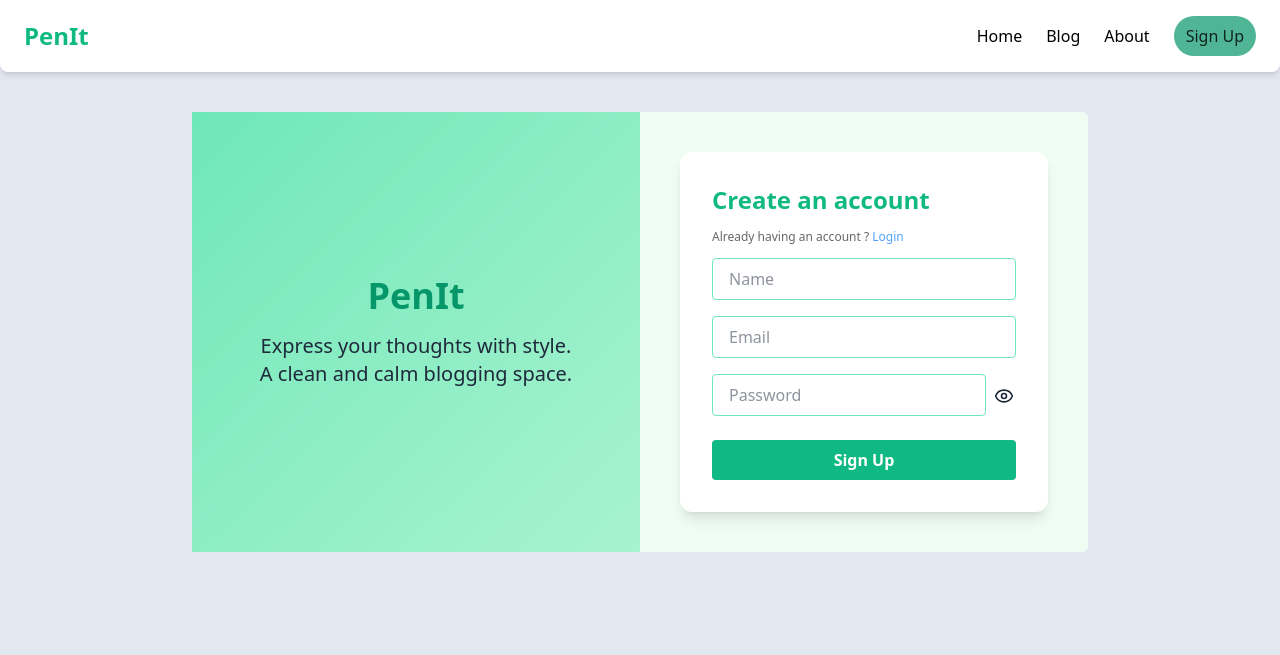
Repository: Mounika-chukkala/PenIt
Page: /signup (app in frontend/)
These files come from the project's save history. The page is drawn as it stood at one moment and after the next save; the edit follows.
The browser window is 1280 px wide. The pictures show the whole page.
The project was rebuilt for these pictures with package versions that can differ from the ones it lists, and the page was loaded fresh each time. Also part of the build but not shown: frontend/vite.config.js, frontend/src/Pages/Signin.jsx, frontend/src/components/CreateBlog.jsx, frontend/src/Pages/AddBlog.jsx.

Above is the page before, as saved 2025-05-23 14:00:37.

### frontend/src/main.jsx
import { StrictMode } from 'react'
import { createRoot } from 'react-dom/client'
import './index.css'
import { Toaster } from 'react-hot-toast'
// import {BrowserRouter} from "react-router-dom"
import { BrowserRouter } from 'react-router-dom'
import App from './App.jsx'

createRoot(document.getElementById('root')).render(
  <StrictMode>
    <BrowserRouter>
    {/* <Toaster> */}

    <App />
    {/* </Toaster> */}
    </BrowserRouter>
  </StrictMode>,
)

### frontend/src/index.css
@import "tailwindcss";




/* :root {
  font-family: system-ui, Avenir, Helvetica, Arial, sans-serif;
  line-height: 1.5;
   font-weight: 400;

  color-scheme: light dark;
  color: rgba(255, 255, 255, 0.87);
  background-color: #242424;

  font-synthesis: none;
  text-rendering: optimizeLegibility;
  -webkit-font-smoothing: antialiased;
  -moz-osx-font-smoothing: grayscale;
}

a {
  font-weight: 500;
  color: #646cff;
  text-decoration: inherit;
}
a:hover {
  color: #535bf2;
}

body {
  margin: 0;
  display: flex;
  place-items: center;
  min-width: 320px;
  min-height: 100vh;
}

h1 {
  font-size: 3.2em;
  line-height: 1.1;
}

button {
  border-radius: 8px;
  border: 1px solid transparent;
  padding: 0.6em 1.2em;
  font-size: 1em;
  font-weight: 500;
  font-family: inherit;
  background-color: #1a1a1a;
  cursor: pointer;
  transition: border-color 0.25s;
}
button:hover {
  border-color: #646cff;
}
button:focus,
button:focus-visible {
  outline: 4px auto -webkit-focus-ring-color;
}

@media (prefers-color-scheme: light) {
  :root {
    color: #213547;
    background-color: #ffffff;
  }
  a:hover {
    color: #747bff;
  }
  button {
    background-color: #f9f9f9;
  }
} */

### frontend/src/App.jsx
import { useState } from 'react'
import { Route, Routes } from 'react-router-dom'
// import './App.css'
import Signin from './Pages/Signin'
import Signup from './Pages/Signup'
import Navbar from './components/Navbar'
// import Layout from "./Pages/Layout"
import CreateBlog from './components/CreateBlog'
import AddBlog from './Pages/AddBlog'
function App() {

  return (
    <div className="bg-slate-200 w-screen h-screen ">

  <Routes>
    <Route path="/" element={<Navbar/>}>
        <Route path="/signin" element={<Signin/>}></Route>
    <Route path="/signup" element={<Signup/>}></Route>
    <Route path="/create-blog" element={<CreateBlog/>}></Route>
        <Route path="/add-blog" element={<AddBlog/>}></Route>

    {/* <Route path="/search-blog" element={}></Route> */}
    {/* <Route path="*" element={}></Route> */}
    </Route>

  </Routes>
      </div>

  )
}

export default App

### frontend/src/Pages/Signup.jsx
import { useState } from "react";
import { Eye,EyeOff } from "lucide-react";
import toast from "react-hot-toast";
import { Link } from "react-router-dom";
function Signup() {
  const [userData, setUserData] = useState({
    name: "",
    email: "",
    password: "",
  });
const [isVisible,setVisible]=useState(false)
  async function handleRegister() {
    console.log("hello")
    let data = await fetch("http://localhost:3000/api/v1/signup", {
      method: "POST",
      body: JSON.stringify(userData),
      headers: {
        "Content-Type": "application/json",
      },
    });

    let res = await data.json();
    console.log(res)
alert(res.message)
    if(!res.success){
        toast.error(res.message);

    }
    else{
        toast.success(res.message);
        localStorage.setItem("User",JSON.stringify(res.user));
    }
  }

  return (
        <div className="max-h-screen max-w-[70%] rounded-md m-auto mt-10 flex bg-[#F0FDF4] text-[#1E293B]">
      {/* Left side visual placeholder */}
      <div className="w-1/2 flex flex-col justify-center items-center p-10 bg-gradient-to-br from-[#6EE7B7] to-[#A7F3D0]">
        <h1 className="text-4xl font-bold text-[#059669] mb-4">PenIt</h1>
        <p className="text-xl text-[#1E293B] text-center">
          Express your thoughts with style.<br /> A clean and calm blogging space.
        </p>
      </div>

      {/* Right side sign up form */}
      <div className="w-1/2 flex justify-center items-center p-10">
        <div className="bg-white p-8 rounded-xl shadow-lg w-full max-w-md">
          <h2 className="text-2xl font-bold mb-3 text-[#10B981]">Create an account</h2>

<p className="text-[12px] text-black/60 mb-3">Already having an account ? <Link to="/login"><span className="text-blue-400">Login</span></Link></p>
         <form>
          <input
            className="w-full mb-4 px-4 py-2 border border-[#6EE7B7] rounded focus:outline-none focus:ring-2 focus:ring-[#10B981]"
            type="text"
            placeholder="Name"
            onChange={(e) => setUserData({ ...userData, name: e.target.value })}
          />
          <input
            className="w-full mb-4 px-4 py-2 border border-[#6EE7B7] rounded focus:outline-none focus:ring-2 focus:ring-[#10B981]"
            type="email"
            placeholder="Email"
            onChange={(e) => setUserData({ ...userData, email: e.target.value })}
          />
          {/* <input
            className="w-full mb-6 px-4 py-2 border border-[#6EE7B7] rounded focus:outline-none focus:ring-2 focus:ring-[#10B981]"
            type="password"
            placeholder="Password"
            onChange={(e) => setUserData({ ...userData, password: e.target.value })}
          /> */}

                            <div className="w-full flex gap-2">
                       <input
                        className="w-[90%] mb-6 px-4 py-2 border border-[#6EE7B7] rounded focus:outline-none focus:ring-2 focus:ring-[#10B981]"
                        type={isVisible?"text":"password" }
                        placeholder="Password"
                        onChange={(e) => setUserData({ ...userData, password: e.target.value })}
                      />
                       <div  className="pt-3" onClick={()=>setVisible(!isVisible)}>
             {isVisible ? <EyeOff size={20} /> : <Eye size={20} />}
                       </div>
                       </div>
          <button
            onClick={handleRegister}
            className="w-full bg-[#10B981] hover:bg-[#059669] text-white py-2 rounded font-semibold transition duration-200"
          >
            Sign Up
          </button>
          </form>
        </div>
      </div>
    </div>

  );
}

export default Signup;

### frontend/src/components/Navbar.jsx
import React, { useEffect, useState } from "react";
import { Link } from "react-router-dom";
import { Outlet } from "react-router-dom";
export default function Navbar() {
  const [isLogged, setLogged] = useState(false);
  const item = localStorage.getItem("User");
  useEffect(()=>{
  if (item!=null) {
    setLogged(true);
  }
},isLogged)
  return (
    <>
    <nav className="bg-white shadow-md px-6 py-4 flex justify-between items-center rounded-b-lg">
      <h1 className="text-2xl font-bold text-[#10B981]">PenIt</h1>
      <ul className="flex space-x-6 font-medium">
        <li className="hover:text-[#059669] pt-2 cursor-pointer">Home</li>
        <li className="hover:text-[#059669] pt-2 cursor-pointer">Blog</li>
        <li className="hover:text-[#059669] pt-2 cursor-pointer">About</li>
        <Link to="/signup">
        <li className="bg-[#059669]/70 rounded-3xl px-3 py-2 text-black/80 transform hover:scale-120 transition duration-300 ease-in-out  hover:text-white cursor-pointer">
{/* {isLogged?"Log out":"Sign up"} */}
    Sign Up
          </li>
        </Link>
      </ul>
    </nav>
    <Outlet/>
        </>

  );
}

Loaded but not shown: frontend/index.html (common file)

After the next save:
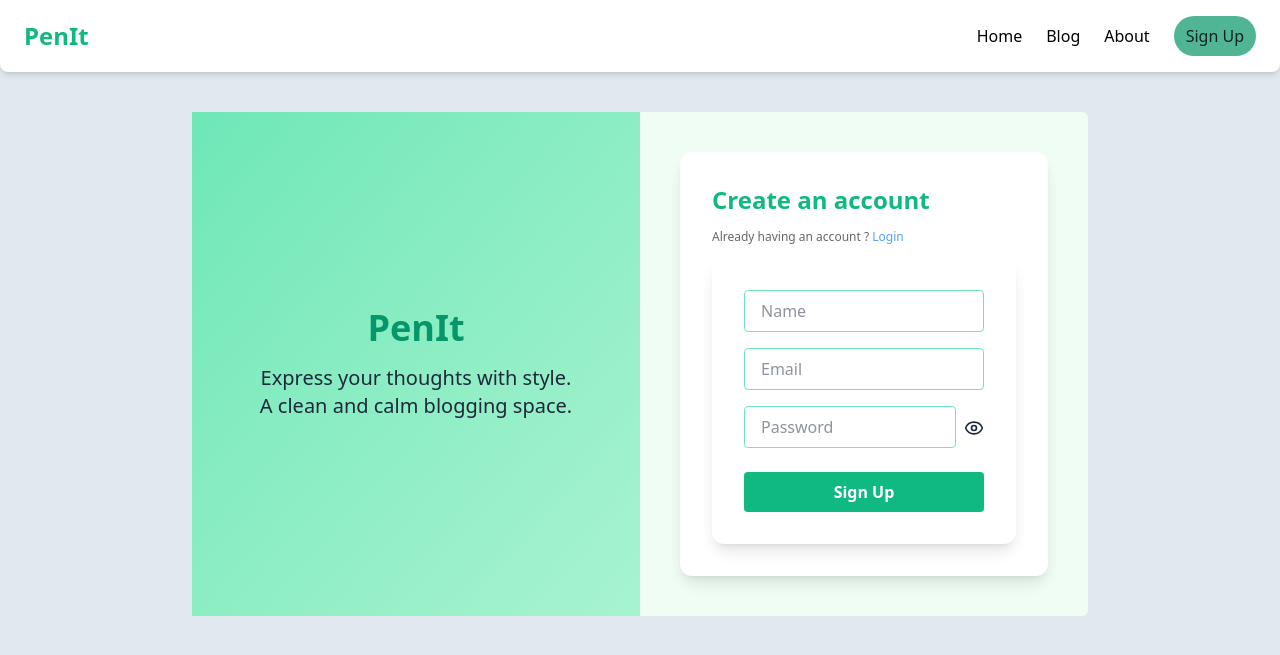
Saved 5 min 15 s later.
--- a/frontend/src/Pages/Signup.jsx
+++ b/frontend/src/Pages/Signup.jsx
@@ -48,7 +48,7 @@
           <h2 className="text-2xl font-bold mb-3 text-[#10B981]">Create an account</h2>
 
 <p className="text-[12px] text-black/60 mb-3">Already having an account ? <Link to="/login"><span className="text-blue-400">Login</span></Link></p>
-         <form>
+         <form className="bg-white p-8 rounded-xl shadow-lg w-full max-w-md">
           <input
             className="w-full mb-4 px-4 py-2 border border-[#6EE7B7] rounded focus:outline-none focus:ring-2 focus:ring-[#10B981]"
             type="text"

After the save that followed:
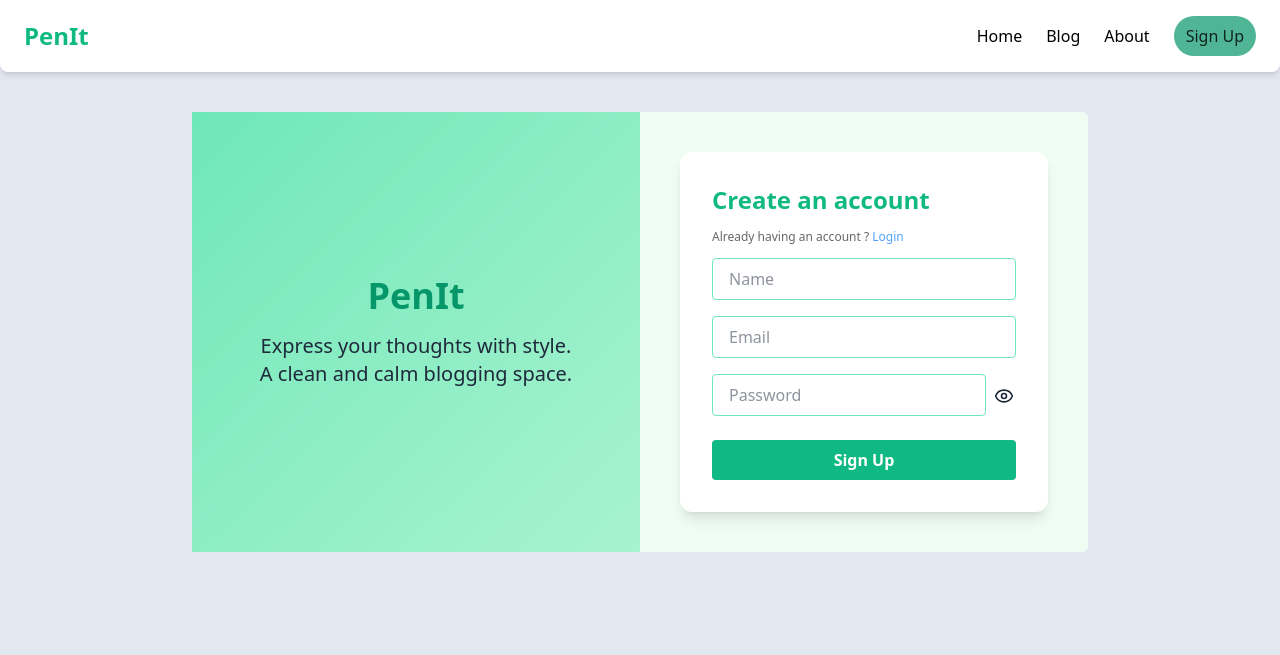
Saved 13 s later.
--- a/frontend/src/Pages/Signup.jsx
+++ b/frontend/src/Pages/Signup.jsx
@@ -48,7 +48,7 @@
           <h2 className="text-2xl font-bold mb-3 text-[#10B981]">Create an account</h2>
 
 <p className="text-[12px] text-black/60 mb-3">Already having an account ? <Link to="/login"><span className="text-blue-400">Login</span></Link></p>
-         <form className="bg-white p-8 rounded-xl shadow-lg w-full max-w-md">
+         <form className="">
           <input
             className="w-full mb-4 px-4 py-2 border border-[#6EE7B7] rounded focus:outline-none focus:ring-2 focus:ring-[#10B981]"
             type="text"
